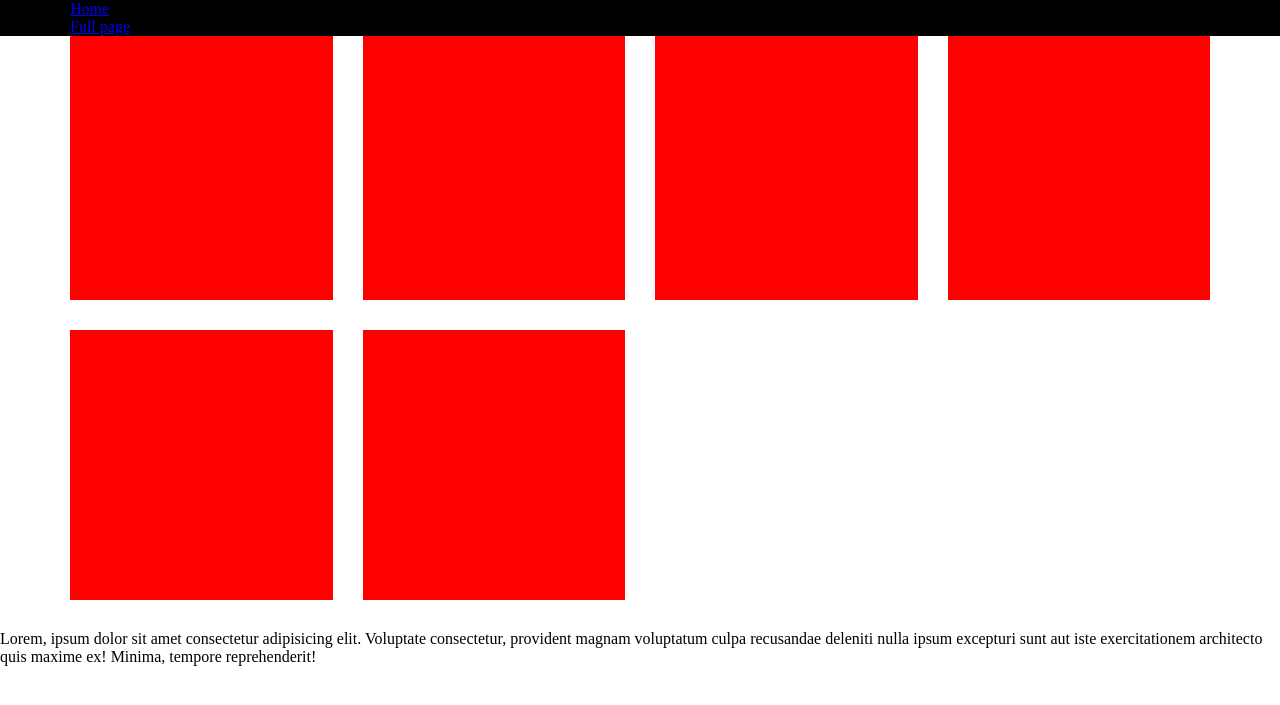
Repository: danilodscosta/CursoHTML
Page: aula1/aulascss.html
These files come from the project's save history. The page is drawn as it stood at one moment and after the next save; the edit follows.
The browser window is 1280 px wide. The pictures show the whole page.

Above is the page before, as saved 2024-01-17 17:24:57.

### aula1/aulascss.html
<!DOCTYPE html>
<html lang="pt-BR">

<head>
    <meta charset="utf-8">
    <meta name="viewport" content="width=device-width, inital-scale=1.0">
    <title>Aulas CSS</title>
    <link rel="stylesheet" href="assets/css/aulasstyle.css">
</head>



<body>
    <nav class="menu">
        <ul>
            <li><a href="#home">Home</a></li>
            <li><a href="#full-page">Full page</a></li>
        </ul>
    </nav>

    <div class="grid">
        <div class="col">
            <div class="col-content"></div>
        </div>
        <div class="col">
            <div class="col-content"></div>
        </div>
        <div class="col">
            <div class="col-content"></div>
        </div>
        <div class="col">
            <div class="col-content"></div>
        </div>
        <div class="col">
            <div class="col-content"></div>
        </div>
        <div class="col">
            <div class="col-content"></div>
        </div>
    </div>
    <section id="full-page" class="full-page">
        <p>Lorem, ipsum dolor sit amet consectetur adipisicing elit. Voluptate consectetur, provident magnam voluptatum culpa recusandae deleniti nulla ipsum excepturi sunt aut iste exercitationem architecto quis maxime ex! Minima, tempore reprehenderit!</p>
    </section>
</body>
</html>

### aula1/assets/css/aulasstyle.css
/*
ID Classes, atributos e pseudo-classes  Elementos e pseudo-elementos
*/

* {
    margin: 0;
    padding: 0;
    box-sizing: border-box;
}

.grid {
    max-width: 1200px;
    padding: 15px;
    margin: 0 auto;
}

.grid:after {
    content: '';
    display: block;
    clear: both;
}

.grid .col {
    height: 300px;
    float: left;
    padding: 15px;
}

.grid .col-content {
    width: 100%;
    height: 100%;
    background: red;
}

.menu {
    position: fixed;
    background: black;
    width: 100%;
}

.menu ul {
    list-style: none;
    display: block;
    width: 1200px;
    padding: 0 30px;
    margin: 0 auto;
}

@media all and (max-width: 568px) {
    .grid .col {
        width: 100%;
    }
}

@media all and (min-width: 569px) and (max-width: 768px) {
    .grid .col {
        width: 50%;
    }
}

@media all and (min-width: 769px) and (max-width: 1200px) {
    .grid .col {
        width: 33.33%;
    }
}

@media all and (min-width: 1201px) and (max-width: 2400px) {
    .grid .col {
        width: 25%;
    }
}

After the next save:
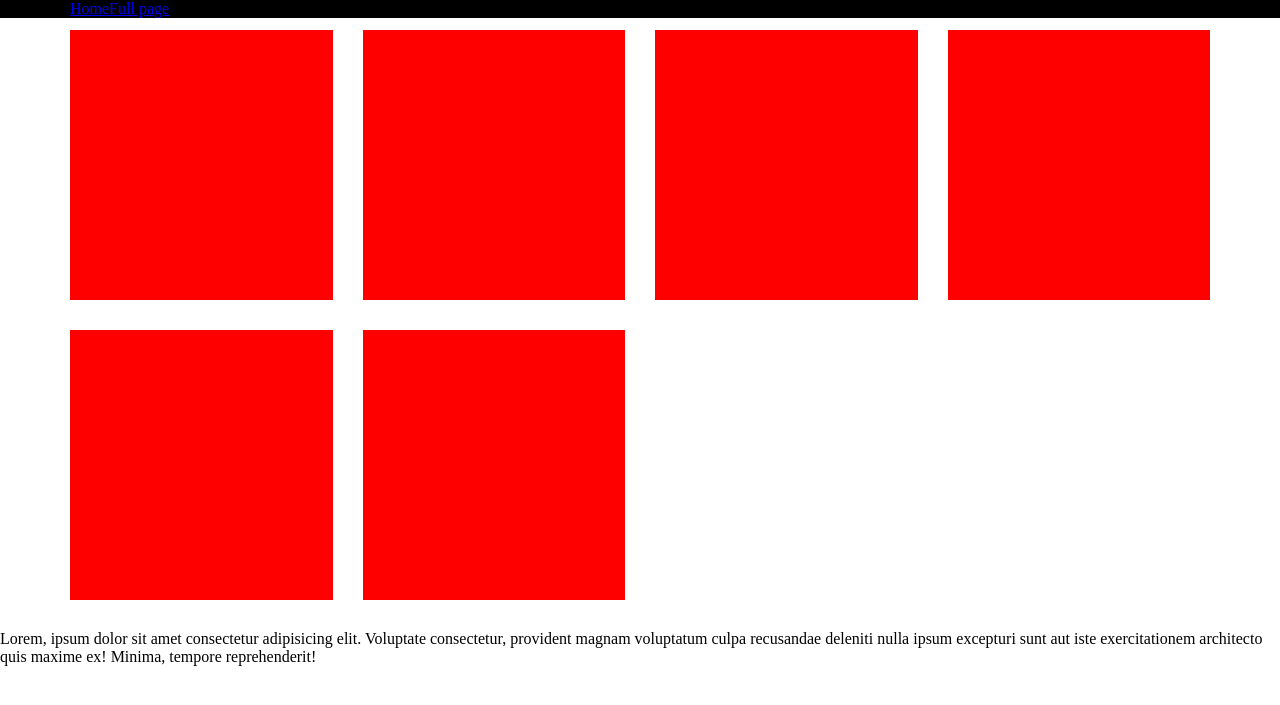
Saved 22 s later.
--- a/aula1/assets/css/aulasstyle.css
+++ b/aula1/assets/css/aulasstyle.css
@@ -46,6 +46,10 @@ ID Classes, atributos e pseudo-classes  Elementos e pseudo-elementos
     margin: 0 auto;
 }
 
+.menu ul li {
+    float: left;
+}
+
 @media all and (max-width: 568px) {
     .grid .col {
         width: 100%;
